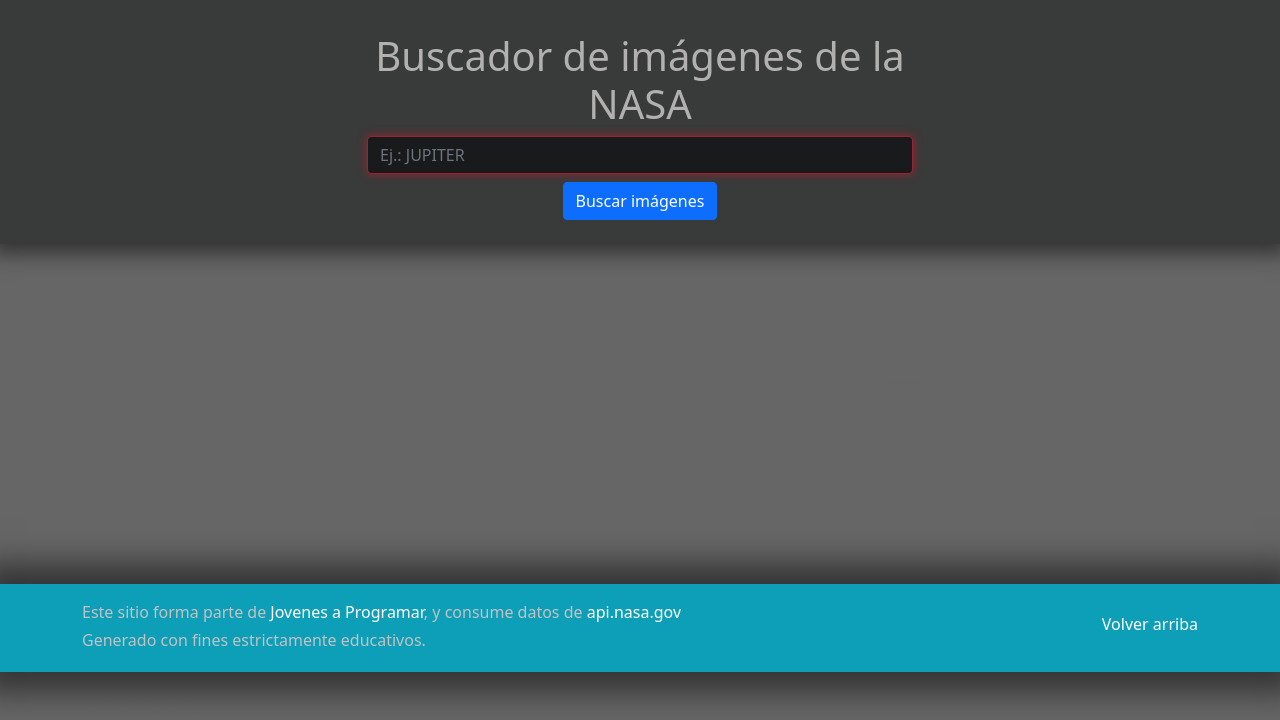
Repository: romancegirl/galaxies
Page: index.html
These files come from the project's save history. The page is drawn as it stood at one moment and after the next save; the edit follows.
The browser window is 1280 px wide. The pictures show the whole page.
The first visible `input[type="search"]` has the focus.

Above is the page before, as saved 2024-11-18 20:28:59.

### index.html
<!doctype html>
<html lang="es">

<head>
  <meta charset="utf-8">
  <meta name="viewport" content="width=device-width, initial-scale=1">
  <title>Buscador de imágenes de la NASA</title>

  <link href="css/bootstrap.min.css" rel="stylesheet">
  <link rel="stylesheet" href="css/style.css">
</head>

<body>
  <main>
    <div id="intro">
    <div class="text-center container">
      <div class="row py-lg-3">
        <div class="col-lg-6 col-md-8 mx-auto">
          <h1 class="fw-light">Buscador de imágenes de la NASA</h1>
          <input type="search" class="form-control" name="buscar" id="inputBuscar" placeholder="Ej.: JUPITER">
          <button class="btn btn-primary my-2" id="btnBuscar">Buscar imágenes</button>
        </div>
      </div>
    </div>
  </div>

    <div class="container">
      <div id="contenedor">
      </div>
    </div>
  </main>

  <footer class="text-muted py-3">
    <div class="container">
      <p class="float-end mb-1">
        <a href="#">Volver arriba</a>
      </p>
      <p class="mb-1">Este sitio forma parte de <a href="https://jovenesaprogramar.edu.uy/" target="_blank">
          Jovenes a Programar</a>, y consume datos de <a href="https://api.nasa.gov/" target="_blank">
          api.nasa.gov</a></p>
      <p class="mb-1">Generado con fines estrictamente educativos.</p>
    </div>
  </footer>

  <script src="js/space.js"></script>

</body>

</html>

### css/style.css
body {
    background-color: #1C1E1F;
    color: #B2B1B0;
    background:
        linear-gradient(rgba(0, 0, 0, 0.6), rgba(0, 0, 0, 0.6)),
        url('../img/background.png');
    background-size: 80rem;
    background-position: top 0.2rem right 2.4rem;
    background-repeat: repeat;
    margin: 0;
    padding: 0;
}

main {
    min-height: calc(100vh - 160px);
  }

  footer {
    background-color: #0d9eb8;
    bottom: 0;
    width: 100%;
    margin-top: 1.5rem;
    box-shadow: 0 0 30px 20px rgba(0, 0, 0, 0.5);
}

#intro {
    background-color: #1c1e1f9b;
    padding-top: 1rem;
    position: relative;
    box-shadow: 0 0 20px 10px rgba(0, 0, 0, 0.5);
}

input[type="search"] {
    background-color: #181A1B;
    border: 1px solid #B2B1B0;
    color: #B2B1B0;
}

input[type="search"]:focus {
    box-shadow: 0 0 10px #96242F;
    background-color: #181A1B;
    border: 1px solid #96242F;
    color: #B2B1B0;
}


footer p {
    color: #c3c2c2
}

footer a {
    color: #ffffff;
    text-decoration: none;
}

footer a:hover {
    color: #9b9a9b;
    transform: scale(1.05);
    transition: color 0.3s, text-shadow 0.3s;
}

footer .float-end {
    transform: translateY(50%);
}

Loaded but not shown: css/bootstrap.min.css (library); js/space.js (no stored copy; drawn as an empty file)

After the next save:
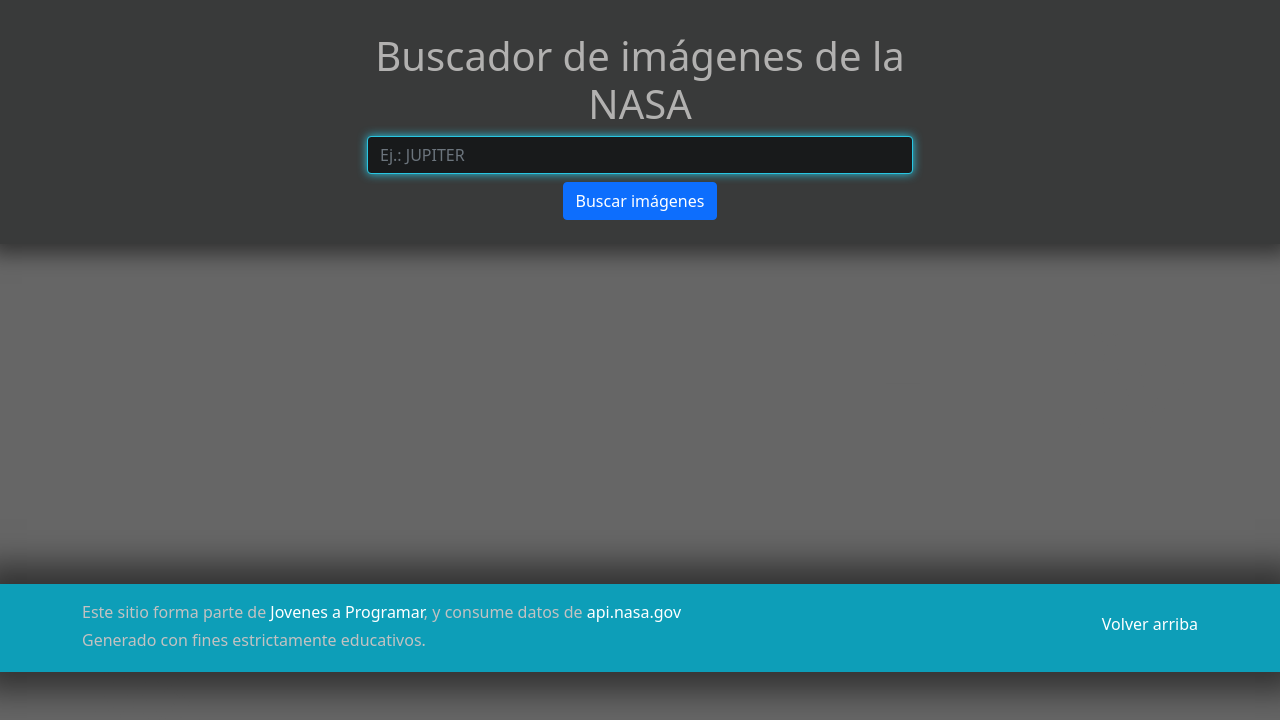
Saved 16 s later.
--- a/css/style.css
+++ b/css/style.css
@@ -37,9 +37,9 @@ input[type="search"] {
 }
 
 input[type="search"]:focus {
-    box-shadow: 0 0 10px #96242F;
+    box-shadow: 0 0 10px #29c6e2;
     background-color: #181A1B;
-    border: 1px solid #96242F;
+    border: 1px solid #29c6e2;
     color: #B2B1B0;
 }
 
